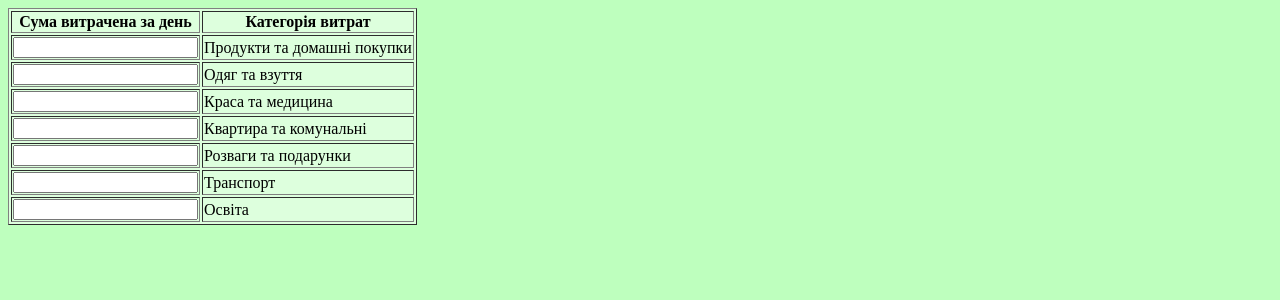
Repository: alexandrastarovoyda-star/Planer2
Page: index.html
These files come from the project's save history. The page is drawn as it stood at one moment and after the next save; the edit follows.
The browser window is 1280 px wide. The pictures show the whole page.

Above is the page before, as saved 2026-03-24 17:06:25.

### index.html
<!DOCTYPE html>
<html lang="uk">
    <head>
            <meta charset="UTF-8">
            <title>Планер бюджету</title>
            <link rel="stylesheet" href="css/all.css">
            <link rel="stylesheet" href="css/index.css">
    </head>
    <body>
        <table border="1" class="table_calculator" id="day_spend_table">
            <tr>
                <th>Сума витрачена за день</th>
                <th>Категорія витрат</th>
            </tr>
        </table>
    <script src="js/index.js"></script>
    </body>
</html>

### css/all.css
body{
    background: rgba(172, 255, 172, 0.781);
}

### css/index.css
#day_spend_table{
    background: rgba(255, 255, 255, 0.466);
}

### js/index.js
const list1 = ['Продукти та домашні покупки', 'Одяг та взуття', 'Краса та медицина', 'Квартира та комунальні', 'Розваги та подарунки', 'Транспорт', 'Освіта'];

list1.forEach(Myfunction);

function Myfunction(value, id){
    const tr = document.createElement('tr');
    const td1 = document.createElement('td');
    const td2 = document.createElement('td');
    const input = document.createElement('input');
    input.type = 'number';
    input.id = `input_${id}`;
    td2.textContent = value;
    td1.appendChild(input);
    tr.appendChild(td1);
    tr.appendChild(td2);
    document.getElementById('day_spend_table').appendChild(tr);
}

function MyfunctionSum(value, id){
    const tr = document.createElement('tr');
    const td1 = document.createElement('td');
    const td2 = document.createElement('td');
    td1.id = `sum1`;
    td2.textContent = 'Сума';
    tr.appendChild(td1);
    tr.appendChild(td2);
    document.getElementById('day_spend_table').appendChild(tr);
}

let num = list1.length;

function Myfunction2(v){
    const number = document.getElementById
}

After the next save:
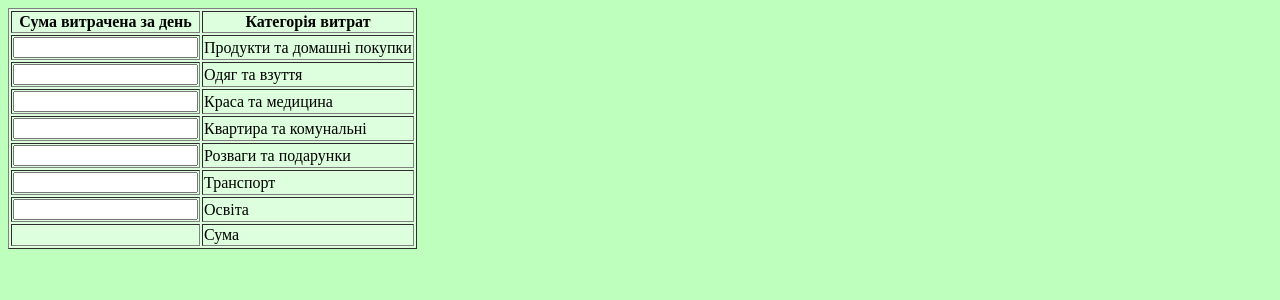
Saved 59 s later.
--- a/js/index.js
+++ b/js/index.js
@@ -16,16 +16,14 @@ function Myfunction(value, id){
     document.getElementById('day_spend_table').appendChild(tr);
 }
 
-function MyfunctionSum(value, id){
-    const tr = document.createElement('tr');
-    const td1 = document.createElement('td');
-    const td2 = document.createElement('td');
-    td1.id = `sum1`;
-    td2.textContent = 'Сума';
-    tr.appendChild(td1);
-    tr.appendChild(td2);
-    document.getElementById('day_spend_table').appendChild(tr);
-}
+const tr = document.createElement('tr');
+const td1 = document.createElement('td');
+const td2 = document.createElement('td');
+td1.id = `sum1`;
+td2.textContent = 'Сума';
+tr.appendChild(td1);
+tr.appendChild(td2);
+document.getElementById('day_spend_table').appendChild(tr);
 
 let num = list1.length;
 
